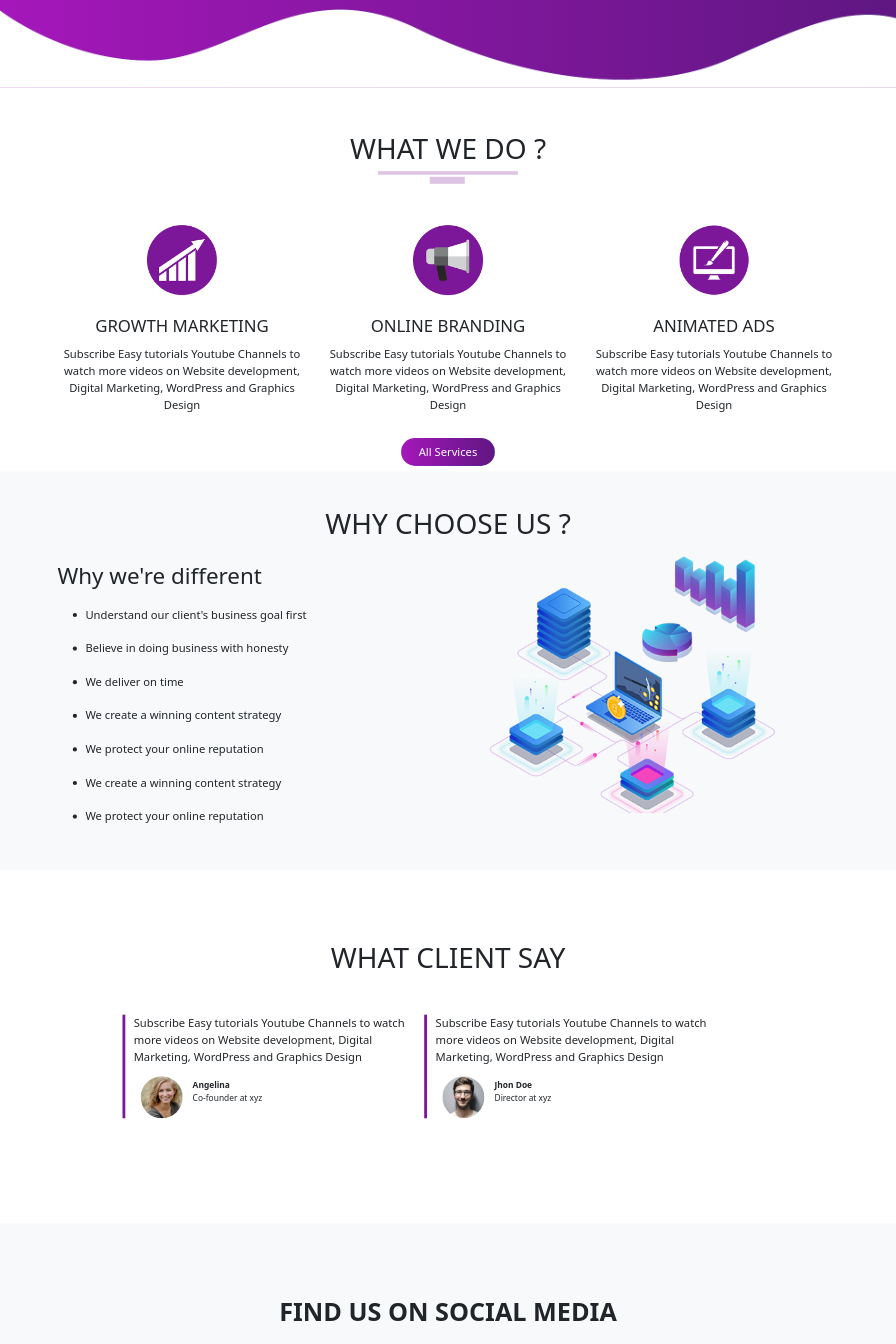
Repository: wadelfadill/Bootstrap_tache_2_website_design
Page: index.html
An editor plug-in stored every save of this project. The page is shown before and after the next save, followed by the edit.
The browser window is 1280 px wide. The pictures show the part of the page from y = 591 to 2511 px (the page is 3088 px tall before and 3093 px after), at 70% of full size.
Some web libraries are served in a nearby version.

Above is the page before, as saved 2023-04-06 17:46:50.

After the next save:
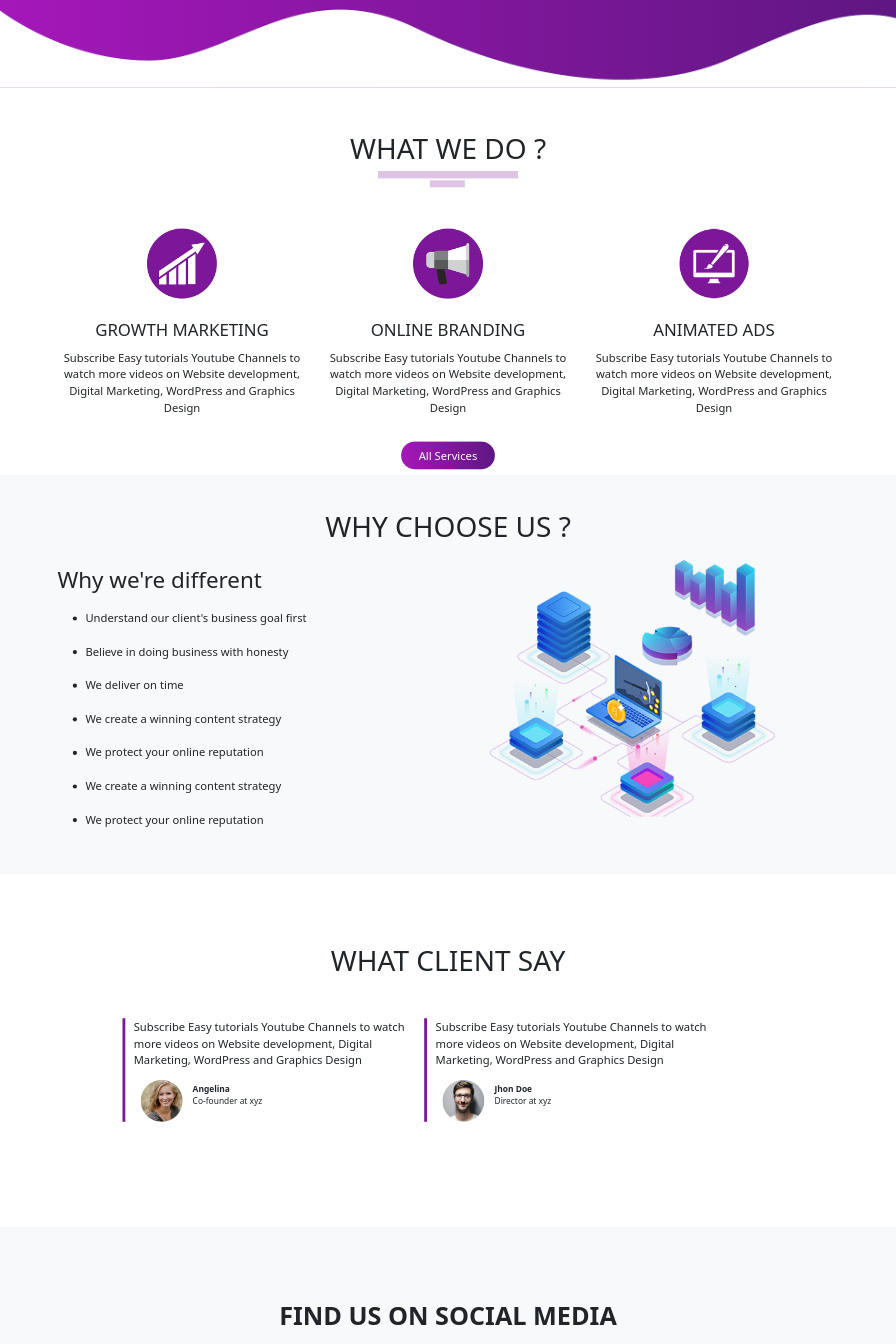
Saved 73 s later.
--- a/style.css
+++ b/style.css
@@ -52,7 +52,7 @@
     margin-left: auto;
     margin-right: auto;
     height: 5px;
-    color: #7b1798;
+    border: 5px solid #7b1798;
     overflow: visible;
 
 }

After the save that followed:
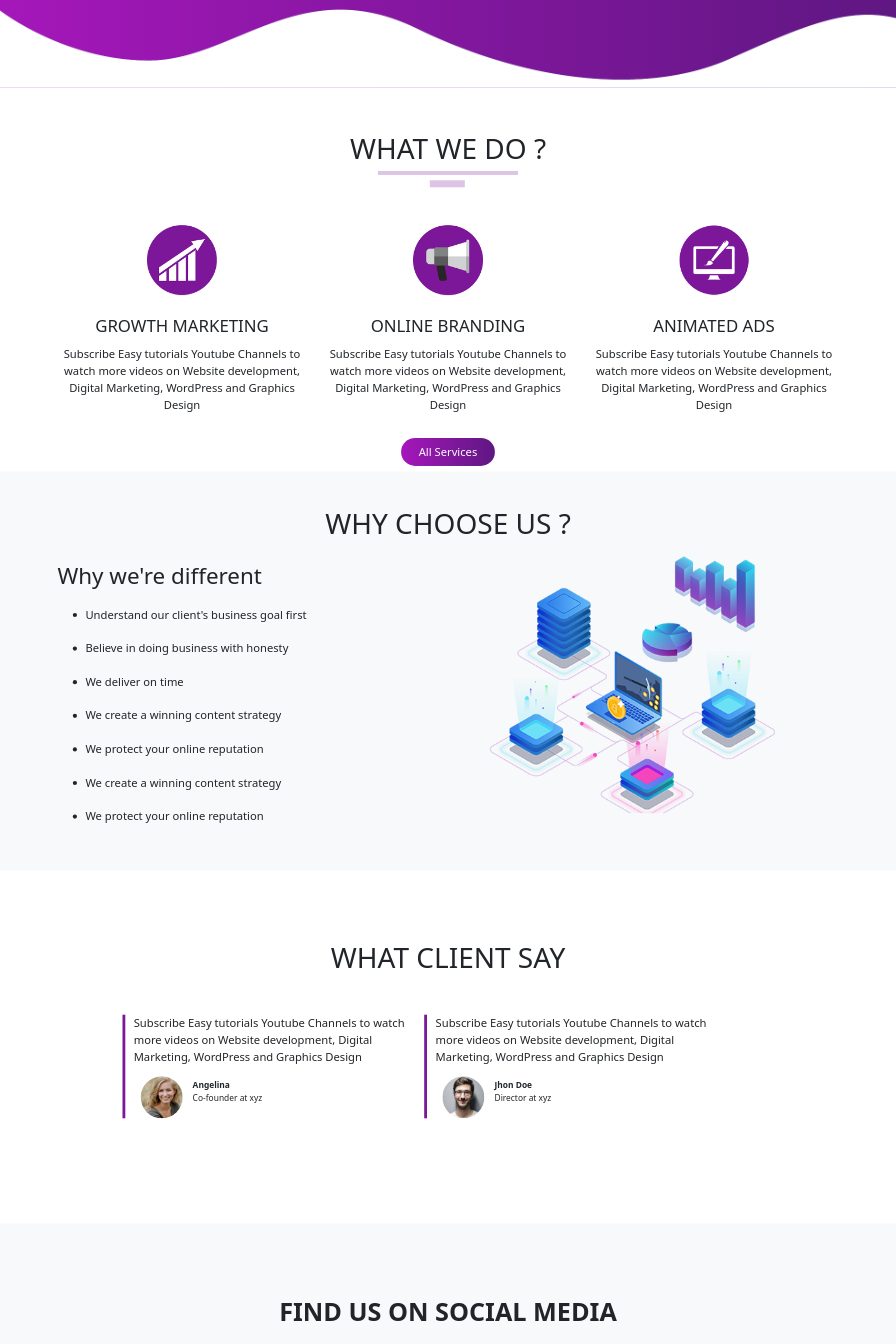
Saved 35 s later.
--- a/style.css
+++ b/style.css
@@ -51,8 +51,9 @@
     width: 200px;
     margin-left: auto;
     margin-right: auto;
-    height: 5px;
-    border: 5px solid #7b1798;
+    /* height: 5px; */
+    border: none;
+    border-top: 5px solid #7b1798;
     overflow: visible;
 
 }
